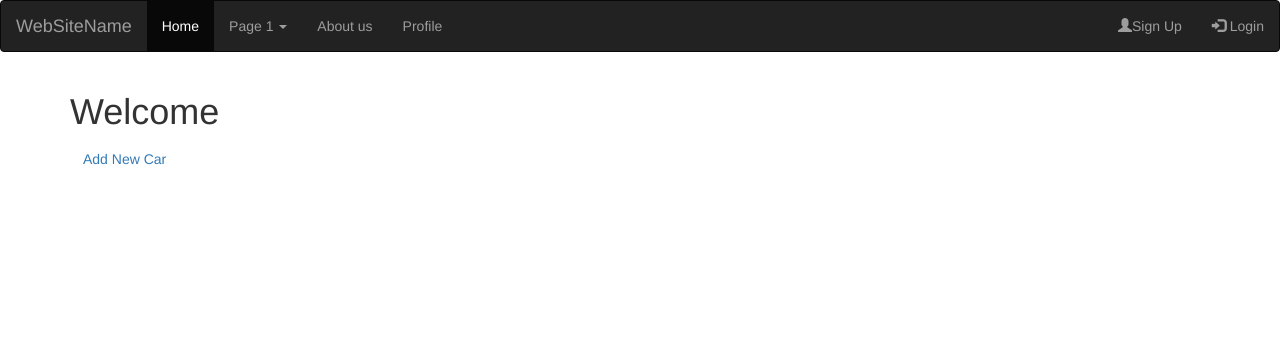
Repository: Ahmad-hamdan98/Java_Project
Page: http://localhost/javaproject/WIB-INF/ShowAll.jsp
An editor plug-in stored every save of this project. The page is shown before and after the next save, followed by the edit.
The browser window is 1280 px wide. The pictures show the whole page.
The page is served by Tomcat 9. Other server files are loaded and not shown.

Above is the page before, as saved 2022-11-19 15:52:41.

### atfirst/javaproject/src/main/webapp/WIB-INF/ShowAll.jsp


 <%@ page language="java" contentType="text/html; charset=UTF-8" pageEncoding="UTF-8"%>
<!-- c:out ; c:forEach etc. -->
<%@taglib uri="http://java.sun.com/jsp/jstl/core" prefix="c"%>
<!-- Formatting (dates) -->
<%@taglib uri="http://java.sun.com/jsp/jstl/fmt" prefix="fmt"%>
<!-- form:form -->
<%@ taglib prefix="form" uri="http://www.springframework.org/tags/form"%>
<!-- for rendering errors on PUT routes -->
<%@ page isErrorPage="true" %>

   <!DOCTYPE html>
<html lang="en">
<head>
  <title>Bootstrap Case</title>

  <meta name="viewport" content="width=device-width, initial-scale=1">
  <link rel="stylesheet" href="https://maxcdn.bootstrapcdn.com/bootstrap/3.3.6/css/bootstrap.min.css">

</head>
<body>

<nav class="navbar navbar-inverse">
  <div class="container-fluid">
    <div class="navbar-header">
      <a class="navbar-brand" href="#">WebSiteName</a>
    </div>
    <ul class="nav navbar-nav">
      <li class="active"><a href="#">Home</a></li>
      <li class="dropdown"><a class="dropdown-toggle" data-toggle="dropdown" href="#">Page 1 <span class="caret"></span></a>
        <ul class="dropdown-menu">
          <li><a href="#">Page 1-1</a></li>
          <li><a href="#">Page 1-2</a></li>
          <li><a href="#">Page 1-3</a></li>
        </ul>
      </li>

      <li><a href="#">About us</a></li>
      <li><a href="#">Profile</a></li>
    </ul>
    <ul class="nav navbar-nav navbar-right">
    <c:choose>
    	<c:when test="${user.id}">
    	<li><a href="/logout"><span class="glyphicon glyphicon-user"></span>Logout</a></li>
    	</c:when>
    	 <c:otherwise>
      <li><a href="/login"><span class="glyphicon glyphicon-user"></span>Sign Up</a></li>
      <li><a href="/login"><span class="glyphicon glyphicon-log-in"></span> Login</a></li>
      </c:otherwise>
    	</c:choose>
    </ul>
  </div>
</nav>

<div class="container">
  <h1>Welcome ${user.userName}</h1>

  <a href="/addcar" class="btn btn-secondary">Add New Car</a>




</div>
<script src="https://ajax.googleapis.com/ajax/libs/jquery/1.12.0/jquery.min.js"></script>
<script src="https://maxcdn.bootstrapcdn.com/bootstrap/3.3.6/js/bootstrap.min.js"></script>



</body>
</html>

After the next save:
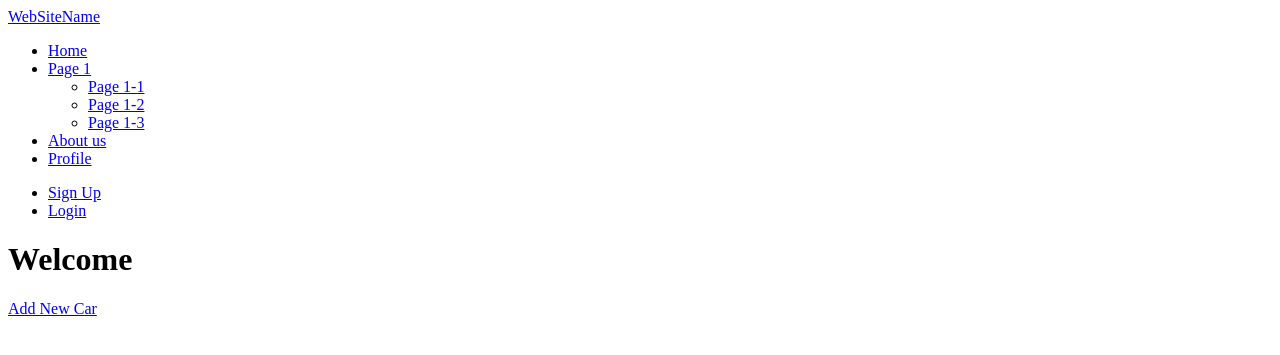
Saved 13 s later.
--- a/atfirst/javaproject/src/main/webapp/WIB-INF/ShowAll.jsp
+++ b/atfirst/javaproject/src/main/webapp/WIB-INF/ShowAll.jsp
@@ -14,10 +14,10 @@
 <html lang="en">
 <head>
   <title>Bootstrap Case</title>
-
+  <!-- <meta charset="utf-8">
   <meta name="viewport" content="width=device-width, initial-scale=1">
   <link rel="stylesheet" href="https://maxcdn.bootstrapcdn.com/bootstrap/3.3.6/css/bootstrap.min.css">
-
+     -->
 </head>
 <body>
 

After the save that followed:
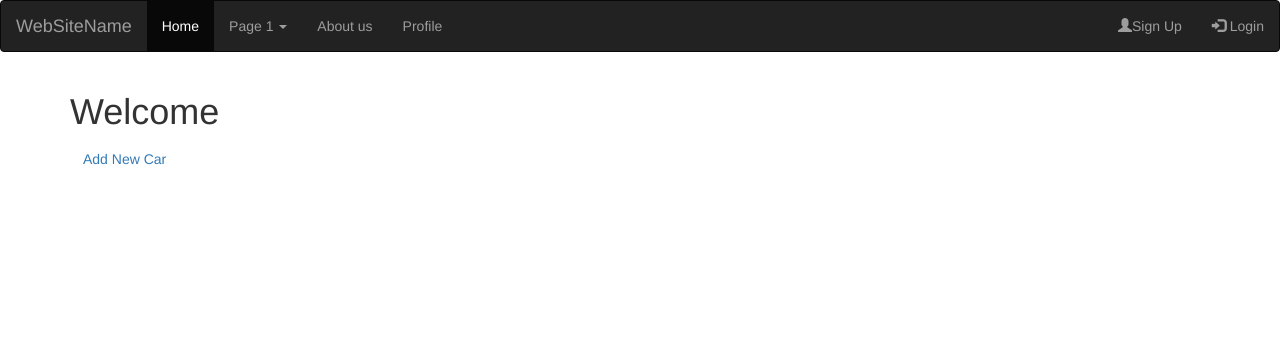
Saved 24 s later.
--- a/atfirst/javaproject/src/main/webapp/WIB-INF/ShowAll.jsp
+++ b/atfirst/javaproject/src/main/webapp/WIB-INF/ShowAll.jsp
@@ -1,6 +1,6 @@
 
 
- <%@ page language="java" contentType="text/html; charset=UTF-8" pageEncoding="UTF-8"%>
+<%--  <%@ page language="java" contentType="text/html; charset=UTF-8" pageEncoding="UTF-8"%> --%>
 <!-- c:out ; c:forEach etc. -->
 <%@taglib uri="http://java.sun.com/jsp/jstl/core" prefix="c"%>
 <!-- Formatting (dates) -->
@@ -14,10 +14,10 @@
 <html lang="en">
 <head>
   <title>Bootstrap Case</title>
-  <!-- <meta charset="utf-8">
+  <meta charset="utf-8">
   <meta name="viewport" content="width=device-width, initial-scale=1">
   <link rel="stylesheet" href="https://maxcdn.bootstrapcdn.com/bootstrap/3.3.6/css/bootstrap.min.css">
-     -->
+
 </head>
 <body>
 
